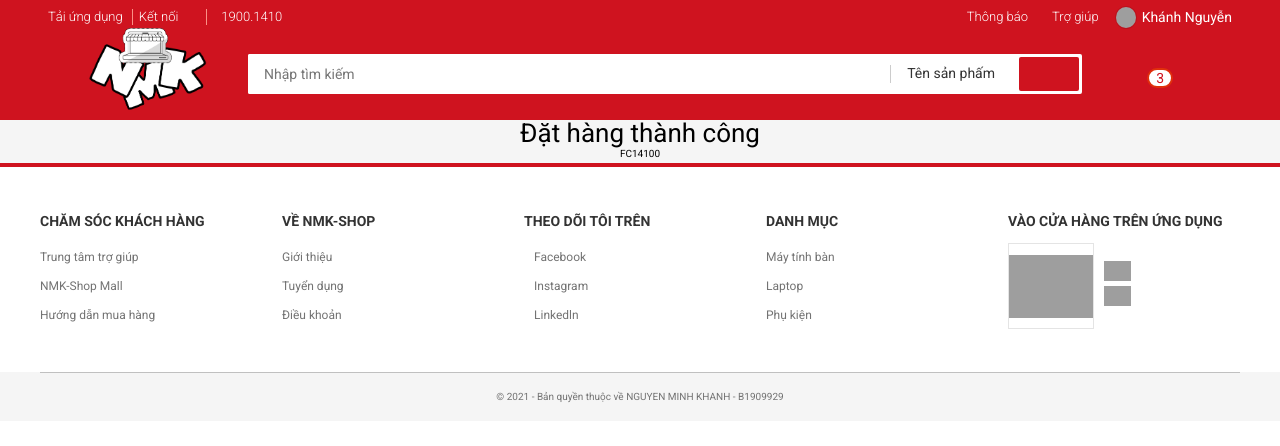
Repository: NguyenMinhKhanhB1909929/NMK-Shop
Page: orderedSuccess.html
The author's editor kept a copy of each file at every save. The page is drawn from the files as they stood at one save, then again after the next save.
The browser window is 1280 px wide. The pictures show the whole page.
Pictures or frames that could not be fetched are drawn as grey boxes. Some icons come from a web library that is not loaded, so they are not drawn.

Above is the page before, as saved 2021-12-04 15:50:14.
Console error: TypeError: Cannot set properties of null (setting 'onclick')

After the next save:
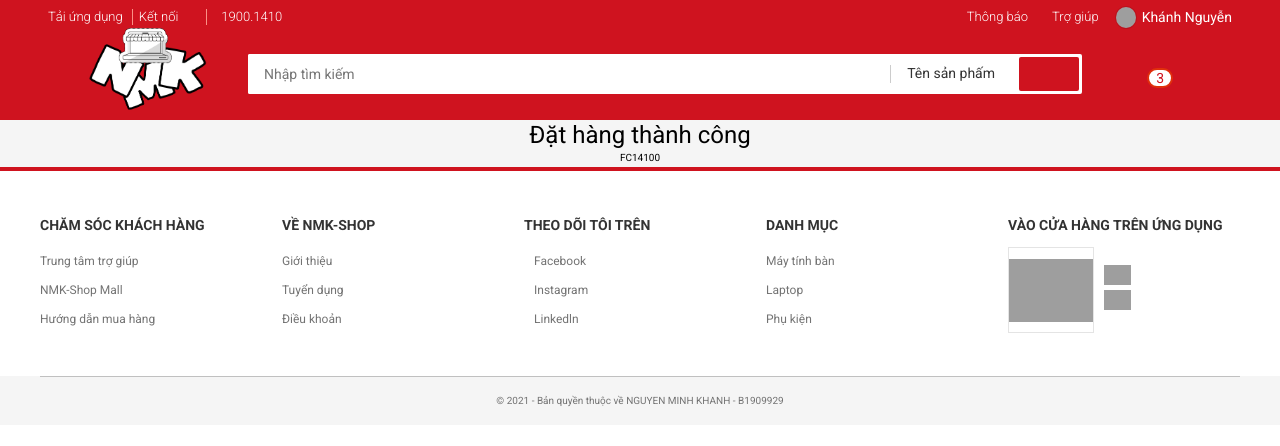
Saved 7 s later.
--- a/assets/css/orderSuccess.css
+++ b/assets/css/orderSuccess.css
@@ -9,8 +9,8 @@
   z-index: 100;
 }
 .ordered__success-titile {
-  font-size: 2.6rem;
-  line-height: 2.6rem;
+  font-size: 2.4rem;
+  line-height: 3rem;
 }
 .ordered__success-id {
 }
